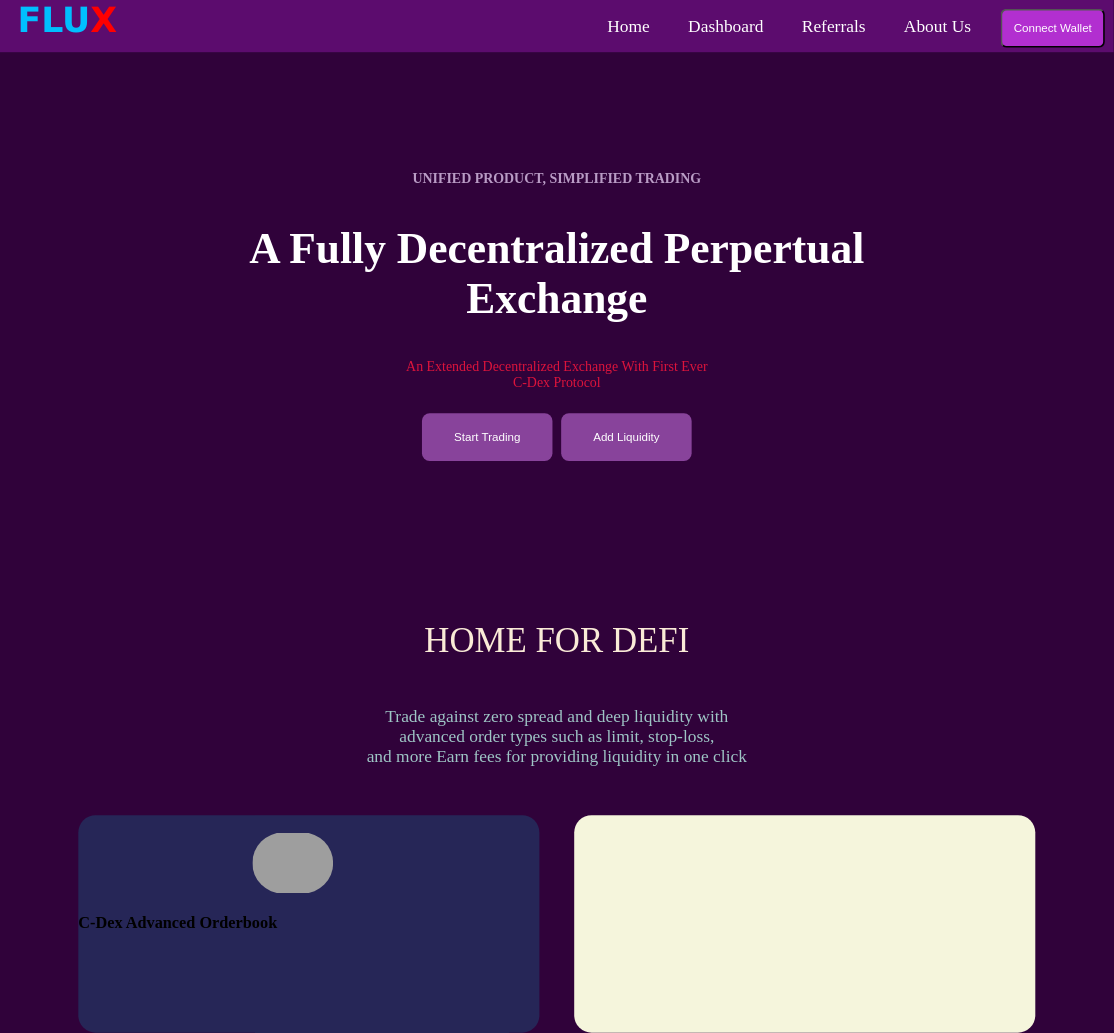
Repository: Tobby004/Flux-figma
Page: index.html
An editor plug-in stored every save of this project. The page is shown before and after the next save, followed by the edit.
The browser window is 1280 px wide. The pictures show the whole page, at 87% of full size.
Pictures or frames that could not be fetched are drawn as grey boxes.

Above is the page before, as saved 2023-04-20 00:55:27.

### index.html
<!DOCTYPE html>
<html lang="en">
<head>
    <meta charset="UTF-8">
    <meta http-equiv="X-UA-Compatible" content="IE=edge">
    <meta name="viewport" content="width=device-width, initial-scale=1.0">
    <title>Flux Template</title>
    <link rel="stylesheet" href="style.css">
</head>
<body>
    <header>
        <b>FLU<a>X</a></b>
    </header>
   <nav>
    <ul>
        <li><a href="#">Home</a></li>
        <li><a href="#">Dashboard</a></li>
        <li><a href="#">Referrals</a></li>
        <li><a href="#">About Us</a></li>
        <button>Connect Wallet</button>
    </ul>
   </nav>
    <br>
    <br>
    <h4>UNIFIED PRODUCT, SIMPLIFIED TRADING</h4>
    <h2> A Fully Decentralized Perpertual <br>Exchange </h2>
    <p>An Extended Decentralized Exchange With First Ever <br>C-Dex Protocol</p>
    <div class="button">
        <input type="button" value="Start Trading">
        <input type="button" value="Add Liquidity">
    </div>
<br>
<br>
<br>
<br>
<div class="section1">
    <h4>HOME FOR DEFI</h4>
    <p>Trade against zero spread and deep liquidity with<br> advanced order types such as limit, stop-loss,<br> and more Earn fees for providing liquidity in one click</p>
</div>
<br>
<br>
<div class="box">
    <div class="box1">
       <img src="C-dex.JPG">
        <br>
  <h3>C-Dex Advanced Orderbook</h3>
    </div>
    <div class="box2"></div>
</div>

</body>
</html>

### style.css
*{
    box-sizing: border-box;
}
body {
    margin: 0;
    background-color: #30023a;
}
nav {
    background-color: #5c0c6e;
    height: 60px;
}
nav ul {
    margin: auto;
    text-align: end;
    padding: 10px;
}
nav li {
display: inline-block;
}
header b {
    font-family: Verdana, Geneva, Tahoma, sans-serif;
    color: deepskyblue;
    position: absolute;
    margin-left: 20px;
    font-size: 40px;
}
header b a{
    color: red;
}
nav a {
    text-decoration: none;
    padding: 10px;
    color: white;
    font-size: 20px;
    margin-right: 20px;
}
li a:hover{
    color: yellow;
    transition: all 4s;
    padding: 5px;
}
button{
    padding: 13px;
    background: #b22fd0;
    border-radius: 7px;
    color: white;
}
h4 {
    margin-top: 100px;
    text-align: center;
    color: rgb(185, 156, 197);
}
h2 {
    text-align: center;
    font-size: 50px;
    color: white;
}
p {
    text-align: center;
    color: crimson;
}
.button {
    display: flex;
    padding: 10px;
    gap: 10px;
    justify-content: center;
}
input[type="button"]{
    padding: 20px;
    width: 150px;
    border-radius: 9px;
    border: none;
    color: white;
    background-color: rgb(136, 67, 155);
}
 div h4 {
    color: antiquewhite;
    font-size: 40px;
    font-weight: lighter;

}
 div p {
    color: rgb(158, 197, 197);
    font-size: 20px;
    font-weight: lighter;
}
.box {
    height: max-content;
    width: max-content;
    display: flex;
    gap: 40px;
    margin-right: auto;
    margin-left: auto;
}
.box1{
    height: 250px;
    width: 530px;
    background-color: rgb(38, 38, 87);
    border-radius: 20px;
}
.box1 h3 {
    color: black;
}
.box1 img{
    margin-top: 20px;
    height: 70px;

    border-radius: 100px;
   margin-left: 200px;
}
.box2 {
    height: 250px;
    width: 530px;
    background-color: beige;
    border-radius: 20px;

}

After the next save:
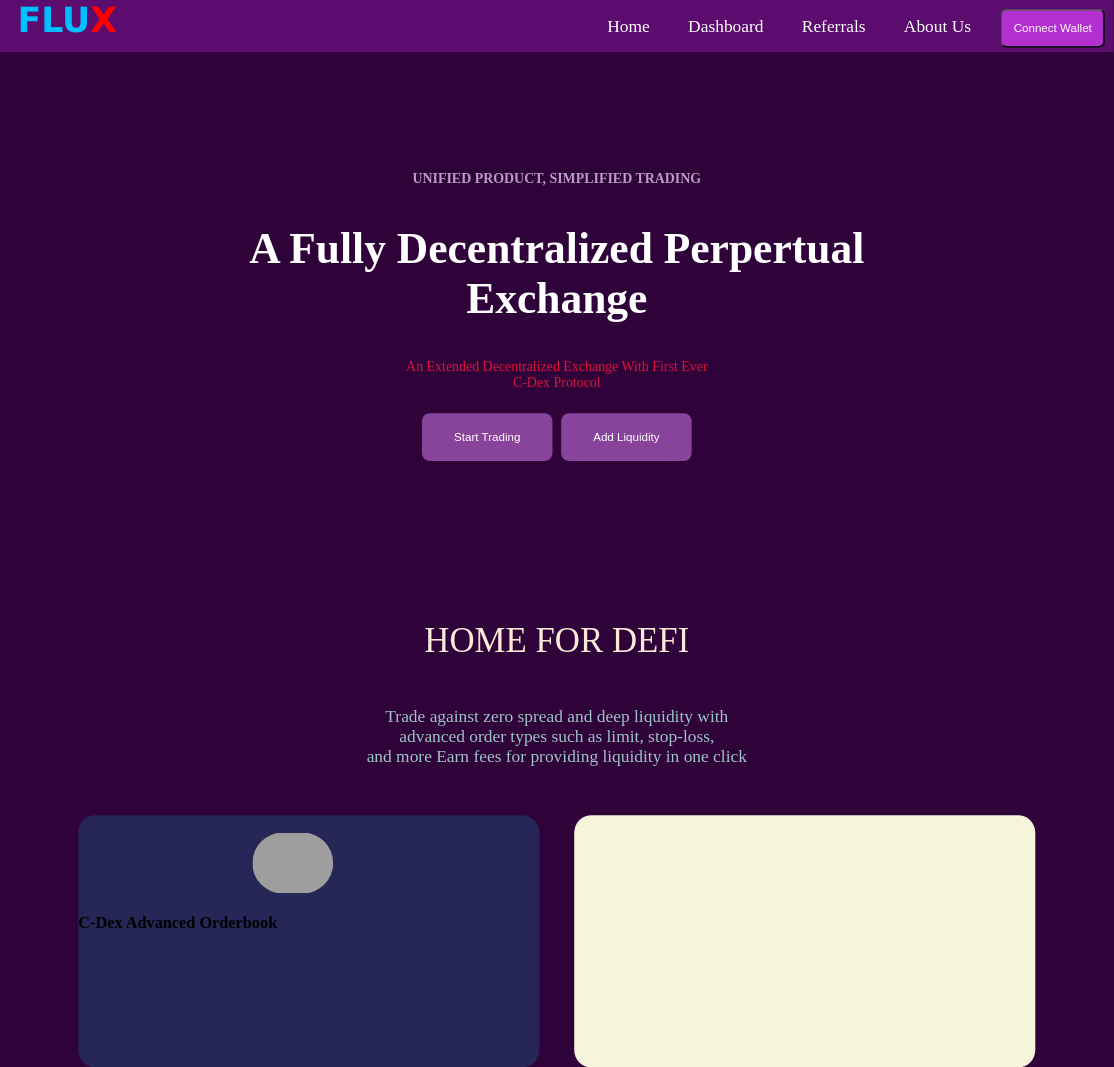
Saved 71 s later.
--- a/style.css
+++ b/style.css
@@ -93,7 +93,7 @@ input[type="button"]{
     margin-left: auto;
 }
 .box1{
-    height: 250px;
+    height: 290px;
     width: 530px;
     background-color: rgb(38, 38, 87);
     border-radius: 20px;
@@ -109,7 +109,7 @@ input[type="button"]{
    margin-left: 200px;
 }
 .box2 {
-    height: 250px;
+    height: 290px;
     width: 530px;
     background-color: beige;
     border-radius: 20px;
